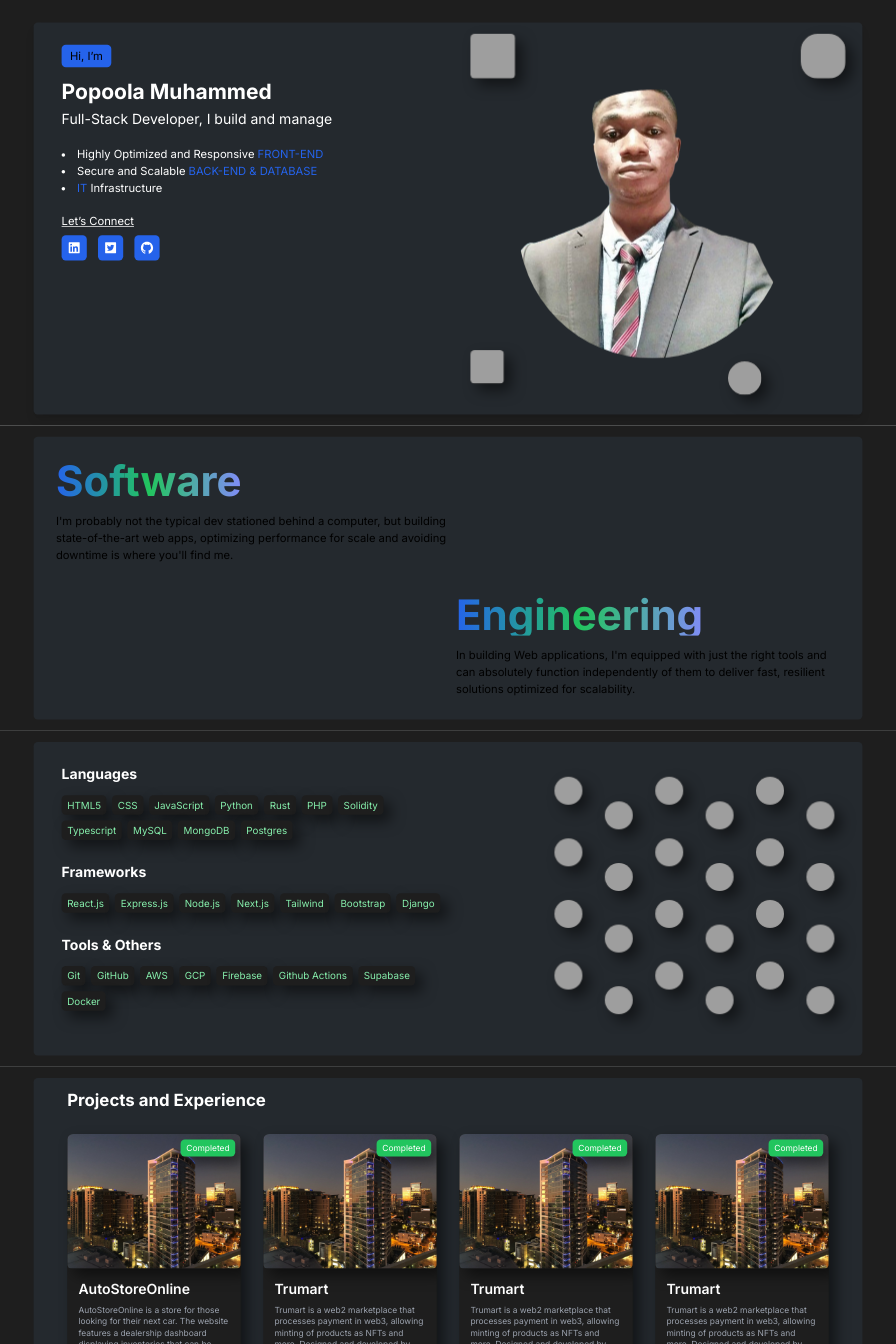
Repository: muhammedctgr/hammedctgr
Page: /
An editor plug-in stored every save of this project. The page is shown before and after a run of saves, followed by the edit.
The browser window is 1280 px wide. The pictures show the part of the page from y = 0 to 1920 px (the page is 2596 px tall), at 70% of full size.
Pictures or frames that could not be fetched are drawn as grey boxes. The project was rebuilt for these pictures with package versions that can differ from the ones it lists, and the page was loaded fresh each time. The framework's server and built-in components were replaced by stand-ins that run in the browser. Also part of the build but not shown: next.config.mjs.

Above is the page before, as saved 2024-08-12 22:51:21.

### app/layout.tsx
import type { Metadata } from "next";
import { Inter } from "next/font/google";
import "./globals.css";

const inter = Inter({ subsets: ["latin"] });

export const metadata: Metadata = {
  title: "Popoola Muhammed",
  description: "Generated by create next app",
};

export default function RootLayout({
  children,
}: Readonly<{
  children: React.ReactNode;
}>) {
  return (
    <html lang="en">
      <body className={inter.className}>{children}</body>
    </html>
  );
}

### app/page.tsx
import Head from 'next/head';
import Hero from '../components/Hero';
import SkillsSection from '@/components/SkillsSection';
import SummarySection from '@/components/SummarySection';
import ProjectsSection from '@/components/ProjectsSection';
import Skills from '@/components/Skills'


const Home = () => (
  <div>
    <Head>
      <title>Popoola Muhammed</title>
      <meta name="description" content="Welcome to my developer portfolio" />
    </Head>

    <Hero />
    <SummarySection />
    <SkillsSection />
    <ProjectsSection />

  </div>
);

export default Home;

### app/globals.css
@tailwind base;
@tailwind components;
@tailwind utilities;

:root {
  --foreground-rgb: 0, 0, 0;
  --background-start-rgb: 214, 219, 220;
  --background-end-rgb: 255, 255, 255;
}

@media (prefers-color-scheme: dark) {
  :root {
    --foreground-rgb: 255, 255, 255;
    --background-start-rgb: 0, 0, 0;
    --background-end-rgb: 0, 0, 0;
  }
}

body {
  color: rgb(var(--foreground-rgb));
  background: linear-gradient(
      to bottom,
      transparent,
      rgb(var(--background-end-rgb))
    )
    rgb(var(--background-start-rgb));
}

@layer utilities {
  .text-balance {
    text-wrap: balance;
  }
}


@keyframes upDown {
  0%, 100% {
    transform: translateY(0);
  }
  50% {
    transform: translateY(-10px); /* Adjust the value as needed */
  }
}

.animate-upDown {
  animation: upDown 2s infinite ease-in-out; /* Adjust duration as needed */
}

@keyframes scroll-slow {
  0% {
    transform: translateY(-100%);
  }
  100% {
    transform: translateY(100%);
  }
}

@keyframes scroll-medium {
  0% {
    transform: translateY(-100%);
  }
  100% {
    transform: translateY(100%);
  }
}

@keyframes scroll-fast {
  0% {
    transform: translateY(0);
  }
  100% {
    transform: translateY(100%);
  }
}

@keyframes scroll-upfast {
  0% {
    transform: translateY(100%);
  }
  100% {
    transform: translateY(-100%);
  }
}

.animate-scroll-upfast {
  animation: scroll-upfast 2s linear infinite;
}

.animate-scroll-slow {
  animation: scroll-slow 9s linear infinite;
}

.animate-scroll-medium {
  animation: scroll-medium 6s linear infinite;
}

.animate-scroll-fast {
  animation: scroll-fast 2s linear infinite;
}

.animate-scroll-delay {
  animation-delay: 2s;
}

.animate-scroll-delay-long {
  animation-delay: 4s;
}

.animate-scroll {
  animation: scroll 10s linear infinite;
}

.neumorph {
  border-radius: 5px;
  background: linear-gradient(145deg, #161414, #1a1818);
  box-shadow:  5px 5px 10px #111010,
               -5px -5px 10px #1f1c1c;
}

### components/Hero.tsx
import Image from 'next/image';
import profilePic from '../public/profile.png';
import { AiFillLinkedin, AiFillGithub, AiFillTwitterSquare, AiFillX } from 'react-icons/ai';

const Hero = () => {
  return (
    <section className="bg-gptGray px-4 py-4 md:pt-8 md:px-8 lg:px-12 text-white flex items-center">
  <div className="container bg-githubGray shadow-lg rounded-md mx-auto flex flex-col md:flex-row md:px-2 relative overflow-hidden">
    <div className="flex-1 text-left p-4 md:p-8">
      <div className="inline-block bg-blue-600 text-black py-1 px-3 mb-4 rounded-md">
        Hi, I’m
      </div>
      <div className="mb-6">
        <h1 className="text-xl md:text-3xl font-bold">Popoola Muhammed</h1>
        <p className="mt-2 text-lg md:text-xl">Full-Stack Developer, I build and manage</p>
      </div>
      <ul className="mt-4 list-disc list-inside text-xs md:text-base">
        <li>Highly Optimized and Responsive <span className="text-blue-600">FRONT-END</span></li>
        <li>Secure and Scalable <span className="text-blue-600">BACK-END & DATABASE</span></li>
        <li><span className="text-blue-600">IT</span> Infrastructure</li>
      </ul>
      <div className="mt-6">
        <a href="#contact" className="underline">Let’s Connect</a>
        <div className="mt-2 flex justify-start space-x-4">
          <a href="#" className="bg-blue-600 p-2 rounded-md">
            <AiFillLinkedin size={20} />
          </a>
          <a href="#" className="bg-blue-600 p-2 rounded-md">
            <AiFillTwitterSquare size={20} />
          </a>
          <a href="#" className="bg-blue-600 p-2 rounded-md">
            <AiFillGithub size={20} />
          </a>
        </div>
      </div>
    </div>
    <div className="relative flex-1 p-4 md:p-8">
      <img src="https://cdn.jsdelivr.net/gh/devicons/devicon@latest/icons/python/python-original.svg" className="right-4 w-8 h-8 md:w-16 md:h-16 lg:w-16 lg:h-16 bg-gptGray rounded-md animate-bounce shadow-deep-all" />
      <div className="relative w-40 h-40 md:w-72 md:h-72 lg:w-96 lg:h-96 mx-auto">
        <Image src={profilePic} alt="Popoola Muhammed" layout="fill" className="rounded-full object-cover animate-upDown" />
      </div>
      <img src="https://cdn.jsdelivr.net/gh/devicons/devicon@latest/icons/rust/rust-original.svg"  className="w-8 h-8 md:w-16 md:h-16 lg:w-16 lg:h-16 bg-gptGray rounded-3xl shadow-deep-all animate-bounce absolute top-8 right-4" />
      <img src="https://cdn.jsdelivr.net/gh/devicons/devicon@latest/icons/javascript/javascript-original.svg" className="w-8 h-8 md:w-12 md:h-12 lg:w-12 lg:h-12 bg-gptGray rounded-md animate-bounce shadow-deep-all" />
    </div>
    <img src="https://cdn.jsdelivr.net/gh/devicons/devicon@latest/icons/nextjs/nextjs-original.svg" className="w-8 h-8 md:w-12 md:h-12 lg:w-12 lg:h-12 bg-gptGray rounded-3xl shadow-deep-all animate-bounce absolute bottom-4 right-36" />
  </div>
</section>
  );
};

export default Hero;

### components/SkillsSection.tsx
import Image from 'next/image';
import { FC } from 'react';

interface SkillCategory {
  title: string;
  skills: { name: string; }[];
}

const skills: SkillCategory[] = [
  {
    title: "Languages",
    skills: [
      { name: "HTML5",  },
      { name: "CSS", },
      { name: "JavaScript",  },
      { name: "Python", },
      { name: "Rust",  },
      { name: "PHP", },
      { name: "Solidity",  },
      { name: "Typescript",  },
      { name: "MySQL",  },
      { name: "MongoDB", },
      { name: "Postgres", },
    ],
  },
  {
    title: "Frameworks",
    skills: [
      { name: "React.js", },
      { name: "Express.js",  },
      { name: "Node.js", },
      { name: "Next.js", },
      { name: "Tailwind", },
      { name: "Bootstrap", },
      { name: "Django", }
    ],
  },
  {
    title: "Tools & Others",
    skills: [
      { name: "Git",  },
      { name: "GitHub",  },
      { name: "AWS", },
      { name: "GCP", },
      { name: "Firebase", },
      { name: "Github Actions", },
      { name: "Supabase",  },
      { name: "Docker",  },
    ],
  },
];

const icons = [
  "/icons/html5.svg", // Replace with your icon paths
  "/icons/css3.svg",
  "/icons/javascript.svg",
  "/icons/python.svg",
  // Add the rest of the icons as needed
];

const SkillsSection: FC = () => {
  return (
  <section className="px-4 py-4 md:px-8 lg:px-12 bg-gptGray text-white">
  <div className="container bg-githubGray rounded-md mx-auto flex flex-col md:flex-row items-start md:px-2">
    <div className="flex-1 p-4 md:p-8">
      {skills.map((category) => (
        <div key={category.title} className="mb-8">
          <h2 className="text-lg md:text-xl font-bold mb-4 ">{category.title}</h2>
          <div className="flex flex-wrap gap-2">
            {category.skills.map((skill) => (
              <span
                key={skill.name}
                className={`px-2 py-1 rounded-md text-sm shadow-deep-all bg-gptGray text-green-300`}
              >
                {skill.name}
              </span>
            ))}
          </div>
        </div>
      ))}
    </div>
    <div className="flex-1 flex flex-col items-center md:items-end overflow-hidden md:pb-8">
      <div className="grid grid-cols-6 md:grid-cols-6 gap-8 p-4 md:p-8">
      <img src="https://cdn.jsdelivr.net/gh/devicons/devicon@latest/icons/html5/html5-original.svg" className="w-10 h-10 md:w-10 md:h-10 lg:w-10 lg:h-10 bg-gptGray rounded-3xl shadow-deep-all mt-4 animate-scroll-fast" />
      <img src="https://cdn.jsdelivr.net/gh/devicons/devicon@latest/icons/css3/css3-original.svg" className="w-10 h-10 md:w-10 md:h-10 lg:w-10 lg:h-10 bg-gptGray rounded-3xl shadow-deep-all mt-4 animate-scroll-upfast" />
      <img src="https://cdn.jsdelivr.net/gh/devicons/devicon@latest/icons/javascript/javascript-original.svg" className="w-10 h-10 md:w-10 md:h-10 lg:w-10 lg:h-10 bg-gptGray rounded-3xl shadow-deep-all mt-4 animate-scroll-fast" />
      <img src="https://cdn.jsdelivr.net/gh/devicons/devicon@latest/icons/python/python-original.svg" className="w-10 h-10 md:w-10 md:h-10 lg:w-10 lg:h-10 bg-gptGray rounded-3xl shadow-deep-all mt-4 animate-scroll-upfast" />
      <img src="https://cdn.jsdelivr.net/gh/devicons/devicon@latest/icons/rust/rust-original.svg"  className="w-10 h-10 md:w-10 md:h-10 lg:w-10 lg:h-10 bg-gptGray rounded-3xl shadow-deep-all mt-4 animate-scroll-fast" />
      <img src="https://cdn.jsdelivr.net/gh/devicons/devicon@latest/icons/php/php-original.svg" className="w-10 h-10 md:w-10 md:h-10 lg:w-10 lg:h-10 bg-gptGray rounded-3xl shadow-deep-all mt-4 animate-scroll-upfast"  />
      <img src="https://cdn.jsdelivr.net/gh/devicons/devicon@latest/icons/solidity/solidity-original.svg" className="w-10 h-10 md:w-10 md:h-10 lg:w-10 lg:h-10 bg-gptGray rounded-3xl shadow-deep-all mt-4 animate-scroll-fast" />
      <img src="https://cdn.jsdelivr.net/gh/devicons/devicon@latest/icons/typescript/typescript-original.svg" className="w-10 h-10 md:w-10 md:h-10 lg:w-10 lg:h-10 bg-gptGray rounded-3xl shadow-deep-all mt-4 animate-scroll-upfast" />
      <img src="https://cdn.jsdelivr.net/gh/devicons/devicon@latest/icons/mysql/mysql-original.svg" className="w-10 h-10 md:w-10 md:h-10 lg:w-10 lg:h-10 bg-gptGray rounded-3xl shadow-deep-all mt-4 animate-scroll-fast" />
      <img src="https://cdn.jsdelivr.net/gh/devicons/devicon@latest/icons/mongodb/mongodb-original.svg" className="w-10 h-10 md:w-10 md:h-10 lg:w-10 lg:h-10 bg-gptGray rounded-3xl shadow-deep-all mt-4 animate-scroll-upfast" />
      <img src="https://cdn.jsdelivr.net/gh/devicons/devicon@latest/icons/react/react-original.svg" className="w-10 h-10 md:w-10 md:h-10 lg:w-10 lg:h-10 bg-gptGray rounded-3xl shadow-deep-all mt-4 animate-scroll-fast" />
      <img src="https://cdn.jsdelivr.net/gh/devicons/devicon@latest/icons/nextjs/nextjs-original.svg" className="w-10 h-10 md:w-10 md:h-10 lg:w-10 lg:h-10 bg-gptGray rounded-3xl shadow-deep-all mt-4 animate-scroll-upfast" />
      <img src="https://cdn.jsdelivr.net/gh/devicons/devicon@latest/icons/tailwindcss/tailwindcss-original.svg" className="w-10 h-10 md:w-10 md:h-10 lg:w-10 lg:h-10 bg-gptGray rounded-3xl shadow-deep-all mt-4 animate-scroll-fast" />
      <img src="https://cdn.jsdelivr.net/gh/devicons/devicon@latest/icons/git/git-original.svg" className="w-10 h-10 md:w-10 md:h-10 lg:w-10 lg:h-10 bg-gptGray rounded-3xl shadow-deep-all mt-4 animate-scroll-upfast" />
      <img src="https://cdn.jsdelivr.net/gh/devicons/devicon@latest/icons/github/github-original.svg" className="w-10 h-10 md:w-10 md:h-10 lg:w-10 lg:h-10 bg-gptGray rounded-3xl shadow-deep-all mt-4 animate-scroll-fast" />
      <img src="https://cdn.jsdelivr.net/gh/devicons/devicon@latest/icons/amazonwebservices/amazonwebservices-original-wordmark.svg" className="w-10 h-10 md:w-10 md:h-10 lg:w-10 lg:h-10 bg-gptGray rounded-3xl shadow-deep-all mt-4 animate-scroll-upfast" />
      <img src="https://cdn.jsdelivr.net/gh/devicons/devicon@latest/icons/googlecloud/googlecloud-original.svg" className="w-10 h-10 md:w-10 md:h-10 lg:w-10 lg:h-10 bg-gptGray rounded-3xl shadow-deep-all mt-4 animate-scroll-fast" />
      <img src="https://cdn.jsdelivr.net/gh/devicons/devicon@latest/icons/postgresql/postgresql-original.svg" className="w-10 h-10 md:w-10 md:h-10 lg:w-10 lg:h-10 bg-gptGray rounded-3xl shadow-deep-all mt-4 animate-scroll-upfast" />
      <img src="https://cdn.jsdelivr.net/gh/devicons/devicon@latest/icons/supabase/supabase-original.svg" className="w-10 h-10 md:w-10 md:h-10 lg:w-10 lg:h-10 bg-gptGray rounded-3xl shadow-deep-all mt-4 animate-scroll-fast" />
      <img src="https://cdn.jsdelivr.net/gh/devicons/devicon@latest/icons/docker/docker-original.svg" className="w-10 h-10 md:w-10 md:h-10 lg:w-10 lg:h-10 bg-gptGray rounded-3xl shadow-deep-all mt-4 animate-scroll-upfast" />
      <img src="https://cdn.jsdelivr.net/gh/devicons/devicon@latest/icons/django/django-plain.svg" className="w-10 h-10 md:w-10 md:h-10 lg:w-10 lg:h-10 bg-gptGray rounded-3xl shadow-deep-all mt-4 animate-scroll-fast" />
      <img src="https://cdn.jsdelivr.net/gh/devicons/devicon@latest/icons/bootstrap/bootstrap-original.svg" className="w-10 h-10 md:w-10 md:h-10 lg:w-10 lg:h-10 bg-gptGray rounded-3xl shadow-deep-all mt-4 animate-scroll-upfast" />
      <img src="https://cdn.jsdelivr.net/gh/devicons/devicon@latest/icons/nodejs/nodejs-original.svg" className="w-10 h-10 md:w-10 md:h-10 lg:w-10 lg:h-10 bg-gptGray rounded-3xl shadow-deep-all mt-4 animate-scroll-fast" />
      <img src="https://cdn.jsdelivr.net/gh/devicons/devicon@latest/icons/githubactions/githubactions-original.svg" className="w-10 h-10 md:w-10 md:h-10 lg:w-10 lg:h-10 bg-gptGray rounded-3xl shadow-deep-all mt-4 animate-scroll-upfast" />
      </div>
    </div>
  </div>
</section>
  );
};

export default SkillsSection;

### components/SummarySection.tsx
import { FC } from 'react';

const SummarySection: FC = () => {
  return (
<section className="px-4 py-4 md:px-8 lg:px-12 bg-gptGray relative overflow-hidden">
  <div className="container bg-githubGray mx-auto flex rounded-md flex-col md:flex-row justify-between items-start md:px-8 p-4 md:p-8">
    <div className=" mb-8 md:mb-8">
      <div className="mb-4">
        <span className="text-4xl md:text-6xl font-bold bg-gradient-to-r from-blue-600 via-green-500 to-indigo-400 inline-block text-transparent bg-clip-text">Software</span>
      </div>
      <p className="text-sm md:text-base">
        I'm probably not the typical dev stationed behind a computer, but building state-of-the-art web apps, optimizing performance for scale and avoiding downtime is where you'll find me.
      </p>
    </div>
    <div className=" md:mt-48">
      <div className="mb-4">
        <span className="text-4xl md:text-6xl font-bold bg-gradient-to-r from-blue-600 via-green-500 to-indigo-400 inline-block text-transparent bg-clip-text">Engineering</span>
      </div>
      <p className="text-sm md:text-base">
        In building Web applications, I'm equipped with just the right tools and can absolutely function independently of them to deliver fast, resilient solutions optimized for scalability.
      </p>
    </div>
  </div>
</section>
  );
};

export default SummarySection;

### components/ProjectsSection.tsx
import { FC } from 'react';

interface Project {
  title: string;
  description: string;
  technologies: string[];
  date: string;
  status: string;
  image: string;
  link: string;
}

const projects: Project[] = [
  {
    title: "AutoStoreOnline",
    description: "AutoStoreOnline is a store for those looking for their next car. The website features a dealership dashboard displaying inventories that can be done in minutes. Designed and developed by me.",
    technologies: ["React.js", "Express.js", "Node.js", "MySQL"],
    date: "2024",
    status: "Completed",
    image: "pic1.jpg",
    link: "https://example.com",
  },
  {
    title: "Trumart",
    description: "Trumart is a web2 marketplace that processes payment in web3, allowing minting of products as NFTs and more. Designed and developed by me.",
    technologies: ["React.js", "Express.js", "Node.js", "MySQL"],
    date: "2023",
    status: "Completed",
    image: "pic1.jpg",
    link: "https://example.com",
  },
  {
    title: "Trumart",
    description: "Trumart is a web2 marketplace that processes payment in web3, allowing minting of products as NFTs and more. Designed and developed by me.",
    technologies: ["React.js", "Express.js", "Node.js", "MySQL"],
    date: "2023",
    status: "Completed",
    image: "pic1.jpg",
    link: "https://example.com",
  },
  {
    title: "Trumart",
    description: "Trumart is a web2 marketplace that processes payment in web3, allowing minting of products as NFTs and more. Designed and developed by me.",
    technologies: ["React.js", "Express.js", "Node.js", "MySQL"],
    date: "2023",
    status: "Completed",
    image: "pic1.jpg",
    link: "https://example.com",
  },
  {
    title: "Trumart",
    description: "Trumart is a web2 marketplace that processes payment in web3, allowing minting of products as NFTs and more. Designed and developed by me.",
    technologies: ["React.js", "Express.js", "Node.js", "MySQL"],
    date: "2023",
    status: "Completed",
    image: "pic1.jpg",
    link: "https://example.com",
  },
  // Add more projects as needed...
];

const ProjectsSection: FC = () => {
  return (
    <section className="bg-gptGray md:px-8 px-4 py-4 lg:px-12">
      <div className="container bg-githubGray rounded-md mx-auto md:px-8 ">
        <h2 className="text-2xl font-bold text-white p-4">Projects and Experience</h2>
        <div className="grid grid-cols-1 sm:grid-cols-3 lg:grid-cols-4 gap-8 p-4">
          {projects.map((project, index) => (
            <div key={index} className="bg-gptGray rounded-lg overflow-hidden shadow-deep-all">
              <div className="relative w-full h-48">
                <img src={project.image} alt={project.title} className="w-full h-full object-cover shadow-deep-all rounded-md" />
                <span className="shadow-deep-all absolute top-2 right-2 bg-green-500 text-xs text-white px-2 py-1 rounded-md">{project.status}</span>
              </div>
              <div className="p-4">
                <h3 className="text-xl font-semibold text-white mb-2">{project.title}</h3>
                <p className="text-gray-400 text-xs mb-4">{project.description}</p>
                <div className="flex flex-wrap gap-2 mb-4">
                  {project.technologies.map((tech, i) => (
                    <span key={i} className="bg-githubGray shadow-deep-all text-green-300 text-xs px-2 py-1 rounded-md">{tech}</span>
                  ))}
                </div>
                <div className="flex justify-between items-center">
                  <span className="text-gray-500 text-sm">{project.date}</span>
                  <a href={project.link} target="_blank" rel="noopener noreferrer" className="text-blue-400 hover:underline text-sm">website link</a>
                </div>
              </div>
            </div>
          ))}
        </div>
      </div>
    </section>
  );
};

export default ProjectsSection;

### tailwind.config.ts
import type { Config } from "tailwindcss";

const config: Config = {
  content: [
    "./pages/**/*.{js,ts,jsx,tsx,mdx}",
    "./components/**/*.{js,ts,jsx,tsx,mdx}",
    "./app/**/*.{js,ts,jsx,tsx,mdx}",
  ],
  theme: {
    extend: {
      backgroundImage: {
        "gradient-radial": "radial-gradient(var(--tw-gradient-stops))",
        "gradient-conic":
          "conic-gradient(from 180deg at 50% 50%, var(--tw-gradient-stops))",
      },
      colors: {
        githubGray: '#24292e',
        gptGray: '#1e1e1e', // Define the exact color
        gradient: 'bg-gradient-to-r from-blue-600 via-green-500 to-indigo-400 inline-block text-transparent bg-clip-text'
      },
      boxShadow: {
        'deep-right': '10px 10px 20px rgba(0, 0, 0, 0.25)',  // Right side shadow
        'deep-left': '-10px 10px 20px rgba(0, 0, 0, 0.25)',  // Left side shadow
        'deep-top': '10px -10px 20px rgba(0, 0, 0, 0.25)',   // Top side shadow
        'deep-bottom': '10px 10px 20px rgba(0, 0, 0, 0.25)', // Bottom side shadow
        'deep-all': '10px 10px 20px rgba(0, 0, 0, 0.5)',     // All sides shadow
      }
    },
  },
  plugins: [],
};
export default config;

After the next 2 saves:
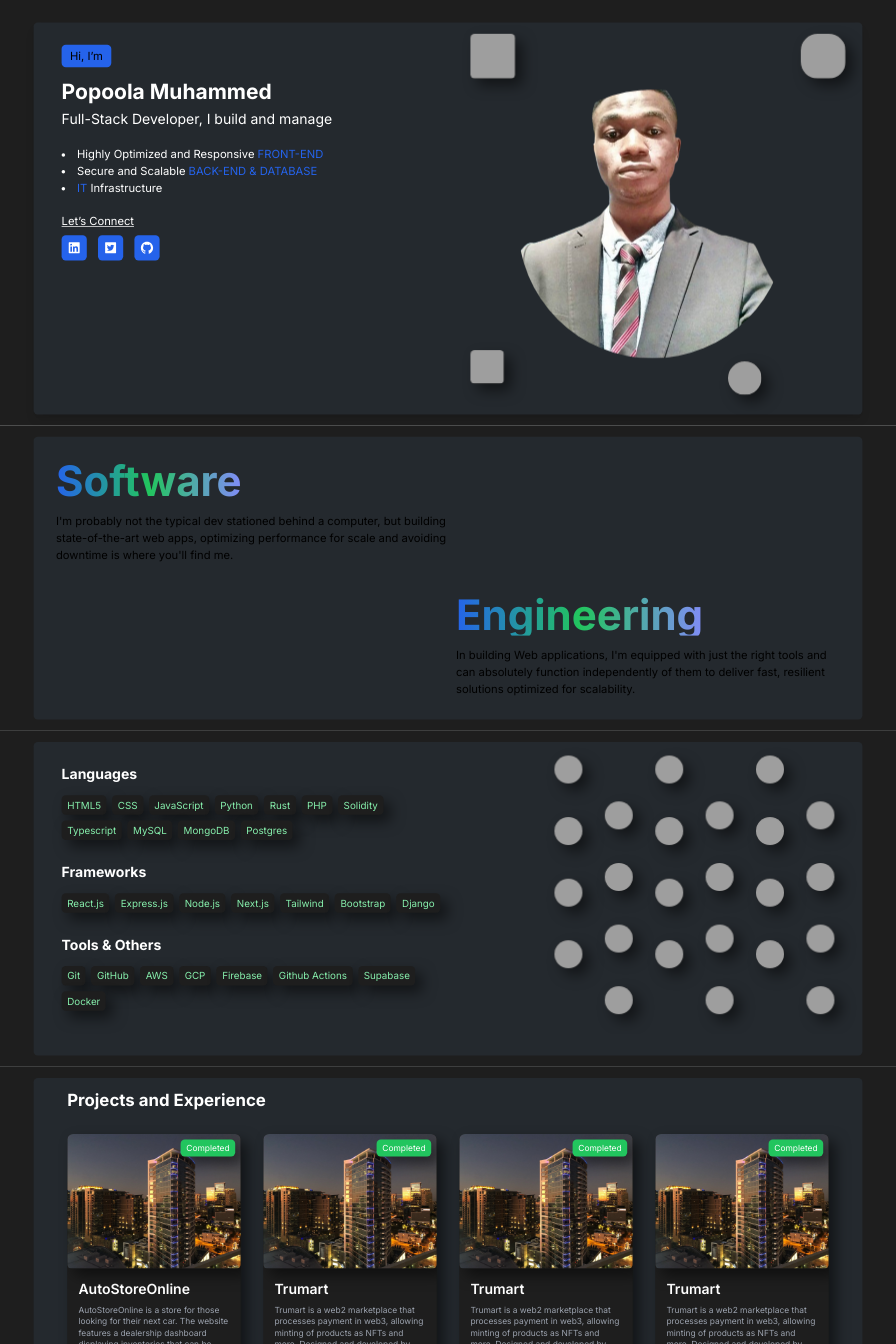
The 2 saves are shown as one change because they came seconds apart.
The last was saved 5 s later.
--- a/app/globals.css
+++ b/app/globals.css
@@ -69,7 +69,7 @@ body {
     transform: translateY(0);
   }
   100% {
-    transform: translateY(100%);
+    transform: translateY(-100vh);
   }
 }
 
